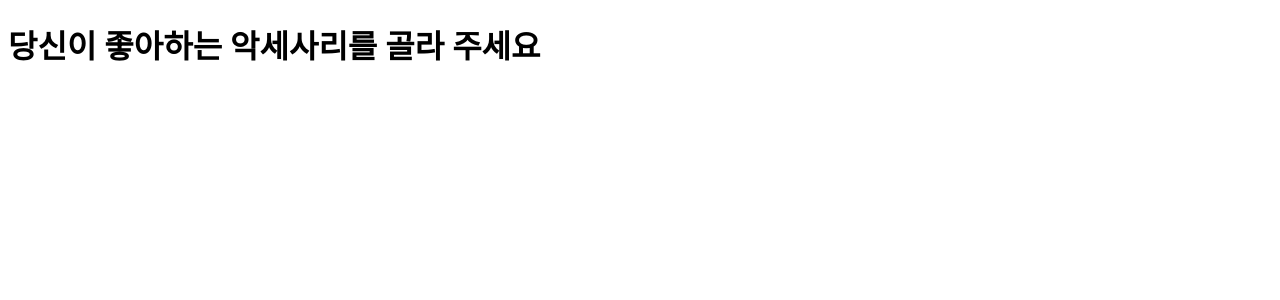
Repository: jsunnypi/JSP
Page: http://localhost/Test/checkBox.jsp
These files come from the project's save history. The page is drawn as it stood at one moment and after the next save; the edit follows.
The browser window is 1280 px wide. The pictures show the whole page.
The page is served by Tomcat 9.

Above is the page before, as saved 2024-11-14 02:41:38.

### Test/src/main/webapp/checkBox.jsp
<%@ page language="java" contentType="text/html; charset=UTF-8"
    pageEncoding="UTF-8"%>
<!DOCTYPE html>
<html>
<head>
<meta charset="UTF-8">
<title>Insert title here</title>
</head>
<body>
	<h1> 당신이 좋아하는 악세사리를 골라 주세요 </h1>
</body>
</html>

After the next save:
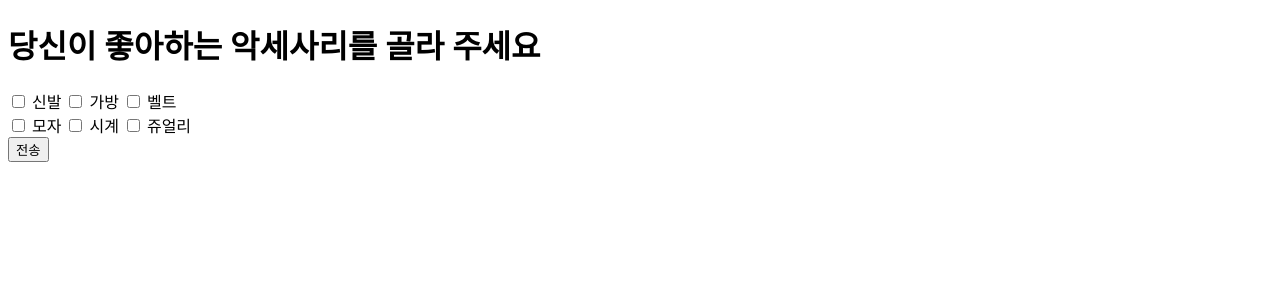
Saved 2 min 30 s later.
--- a/Test/src/main/webapp/checkBox.jsp
+++ b/Test/src/main/webapp/checkBox.jsp
@@ -7,6 +7,17 @@
 <title>Insert title here</title>
 </head>
 <body>
-	<h1> 당신이 좋아하는 악세사리를 골라 주세요 </h1>
+	<h1> 당신이 좋아하는 악세사리를 골라 주세요</h1>
+
+	<form method="post" action="checklist.jsp">
+		<input type="checkbox" name="item" value="신발"> 신발
+		<input type="checkbox" name="item" value="가방"> 가방
+		<input type="checkbox" name="item" value="벨트"> 벨트 <br>
+		<input type="checkbox" name="item" value="모자"> 모자
+		<input type="checkbox" name="item" value="시계"> 시계
+		<input type="checkbox" name="item" value="쥬얼리"> 쥬얼리 <br>
+		<input type="submit" value="전송">
+	</form>
+
 </body>
 </html>
